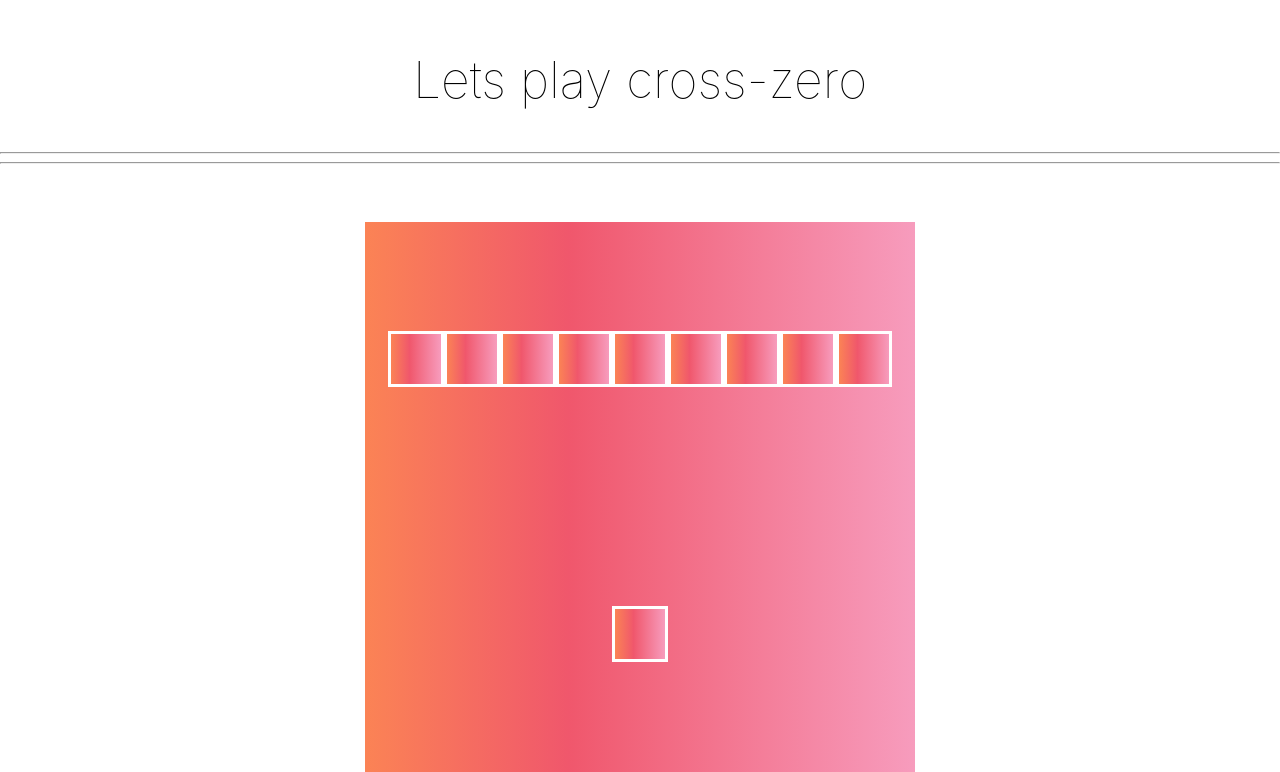
Repository: PGVlasov/cross-zero-game
Page: /
An editor plug-in stored every save of this project. The page is shown before and after the next save, followed by the edit.
The browser window is 1280 px wide. The pictures show the whole page.
The project was rebuilt for these pictures with package versions that can differ from the ones it lists, and the page was loaded fresh each time. Also part of the build but not shown: webpack.config.js, src/Containers/Field/Field.module.css, src/Containers/Field/Field.js.

Above is the page before, as saved 2020-11-29 19:18:14.

After the next save:
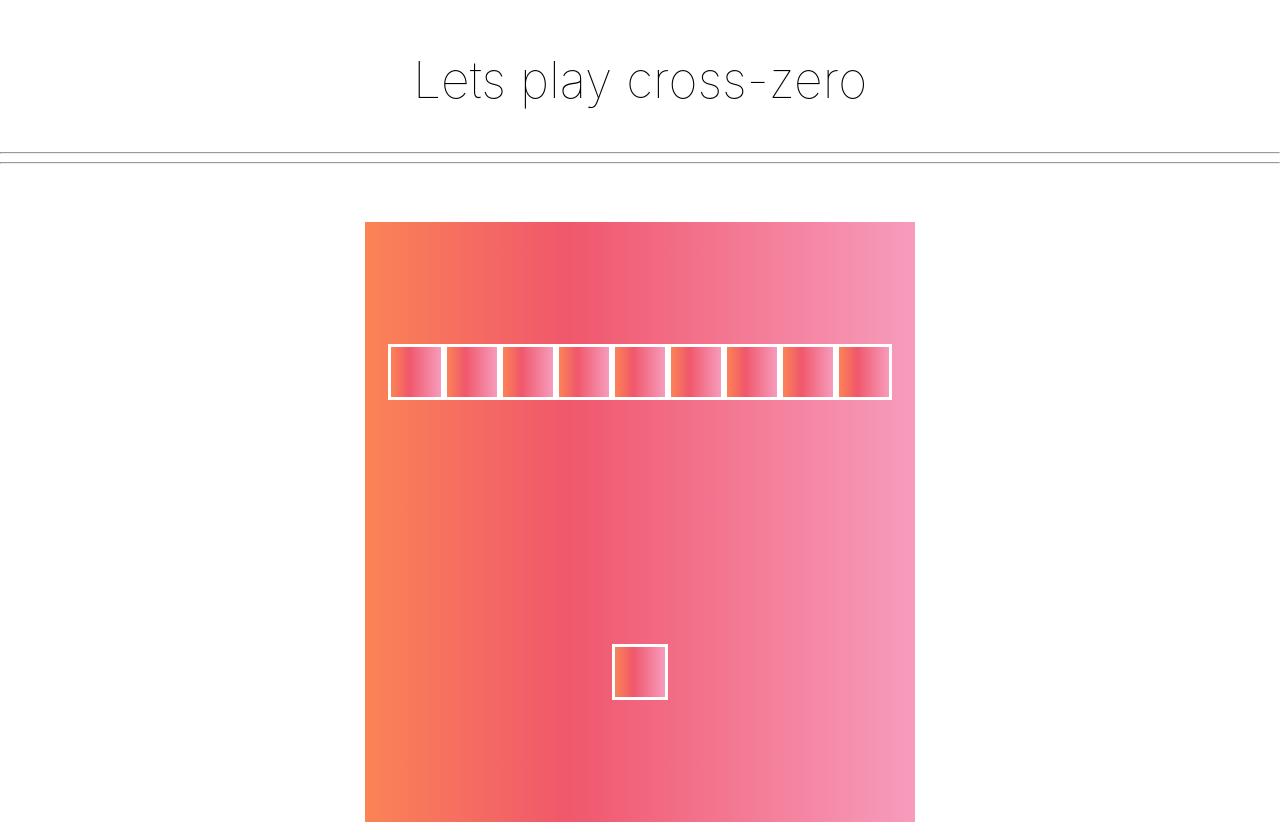
Saved 21 s later.
--- a/src/Containers/Field/Field1.module.css
+++ b/src/Containers/Field/Field1.module.css
@@ -1,6 +1,6 @@
 .area {
-  width: 550px;
-  height: 550px;
+  width: 600px;
+  height: 600px;
   max-width: 550px;
   display: flex;
   justify-content: center;
